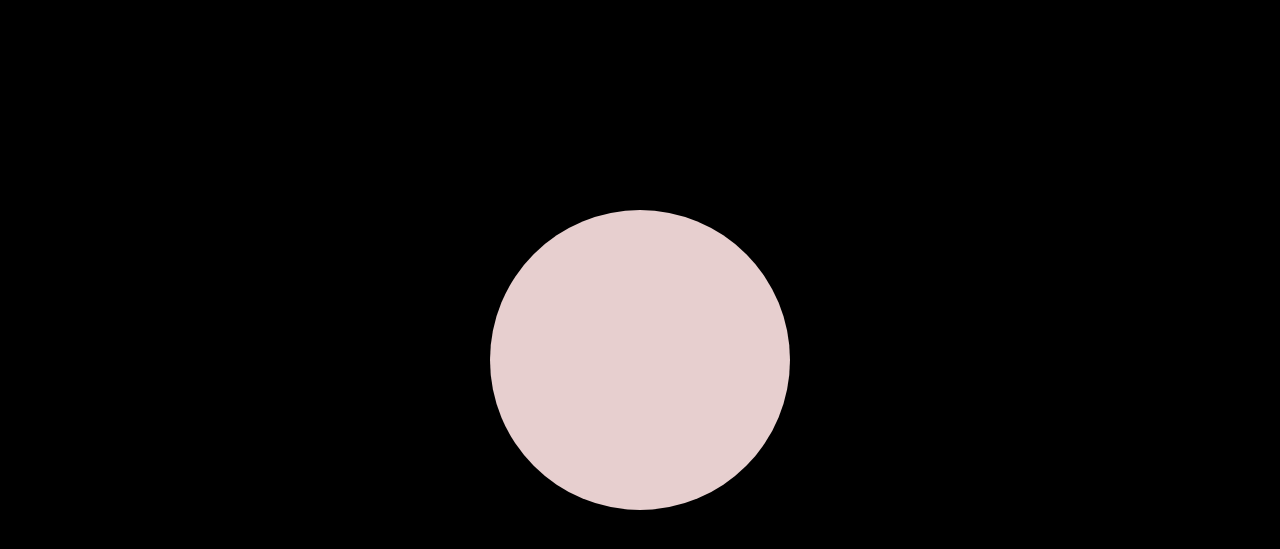
Repository: zjria/Colorful-Glowing-Liquid-Bowl-Animation-Effects
Page: index.html
The author's editor kept a copy of each file at every save. The page is drawn from the files as they stood at one save, then again after the next save.
The browser window is 1280 px wide. The pictures show the whole page.

Above is the page before, as saved 2022-04-15 17:39:19.

### index.html
<!DOCTYPE html>
<html lang="en">
<head>
    <meta charset="UTF-8">
    <meta http-equiv="X-UA-Compatible" content="IE=edge">
    <meta name="viewport" content="width=device-width, initial-scale=1.0">
    <title>Colorful Glowing Liquid Bowl Animation Effects</title>
    <link rel="stylesheet" href="style.css">
</head>
<body>
    <section>
        <div class="bowl">
            <div class="liquid">

            </div>
        </div>

    </section>
</body>
</html>

### style.css
*{
    margin: 0;
    padding: 0;
    box-sizing: border-box;
}
section{
    display: flex;
    justify-content: center;
    align-items: center;
    background-color: black;
    min-height: 100vh;
}
.bowl{
    position: relative;
    width: 300px;
    height: 300px;
    border-radius: 50%;
    background-color: rgba(231, 207, 207);
    border: 8px solid transparent;
}
.bowl::before{
    content: "";
    position: absolute;
    top: -15px;
    background: antiquewhite;
}

After the next save:
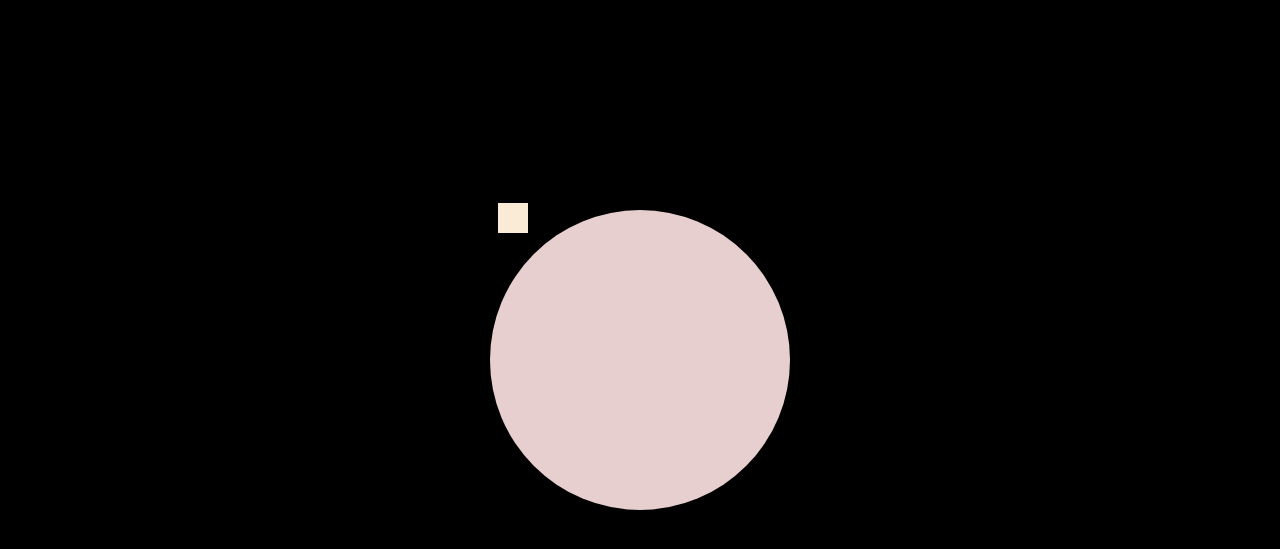
Saved 43 s later.
--- a/style.css
+++ b/style.css
@@ -22,5 +22,5 @@
     content: "";
     position: absolute;
     top: -15px;
-    background: antiquewhite;
+    border: 15px solid antiquewhite;
 }
